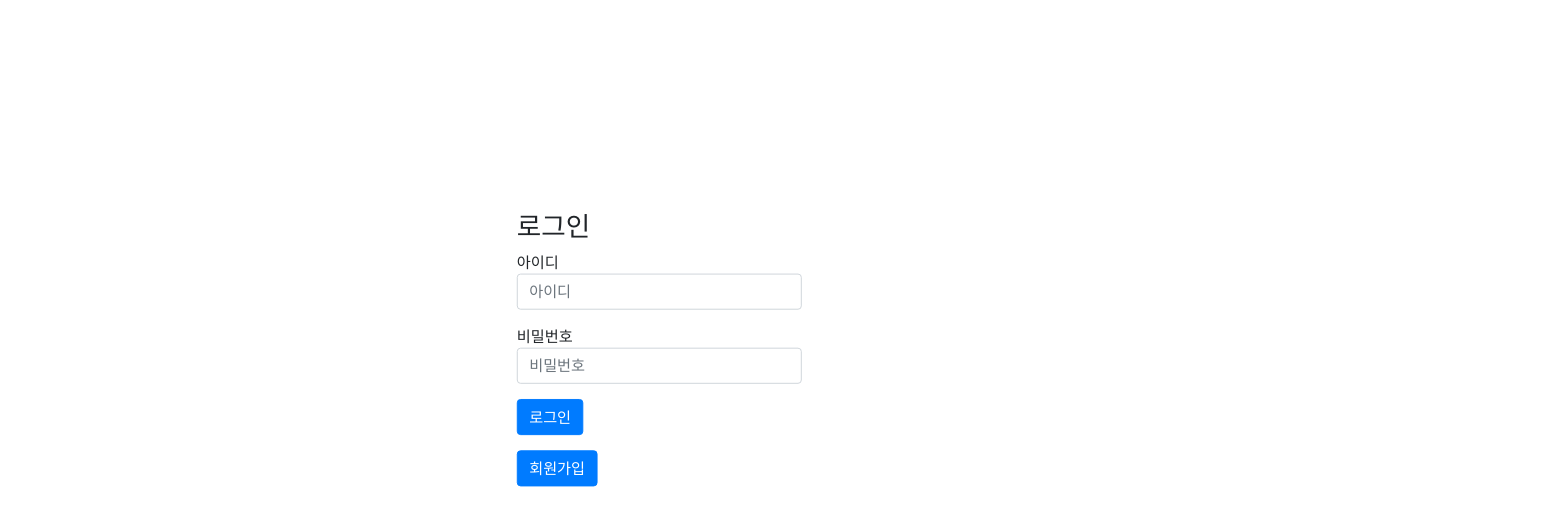
Repository: Seongjoo-Shin/webServer
Page: http://localhost/project/project/login.jsp
An editor plug-in stored every save of this project. The page is shown before and after the next save, followed by the edit.
The browser window is 1280 px wide. The page is 1639 px wide, then 1528 px, so the pictures cover 1639 px, including what lies to the right of the window. The pictures show the whole page, at 95% of full size.
The page is served by Tomcat 9.

Above is the page before, as saved 2021-06-14 05:21:50.

After the next save:
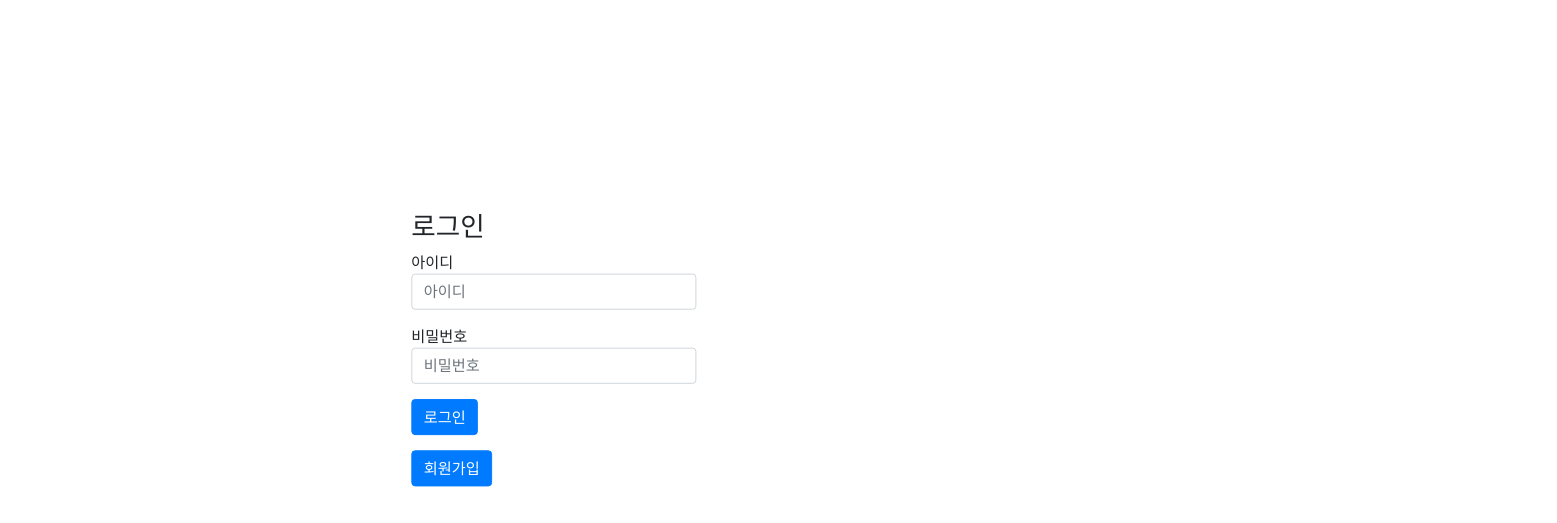
Saved 11 s later.
--- a/20165514_신성주_웹서버구축_프로젝트_소스코드/project/WebContent/project/login.jsp
+++ b/20165514_신성주_웹서버구축_프로젝트_소스코드/project/WebContent/project/login.jsp
@@ -9,7 +9,7 @@
 </head>
 <body>
 	<div class="container">
-		<div class="col-lg" style="margin:20% auto auto 40%; border=solid 1;">
+		<div class="col-lg" style="margin:20% auto auto 30%; border=solid 1;">
 		<h3>로그인</h3>
 		<form method="post" action="login_process.jsp">
 			<p>아이디<input type="text" name="user_id" class="form-control" placeholder="아이디" style="width:300px;"></p>
